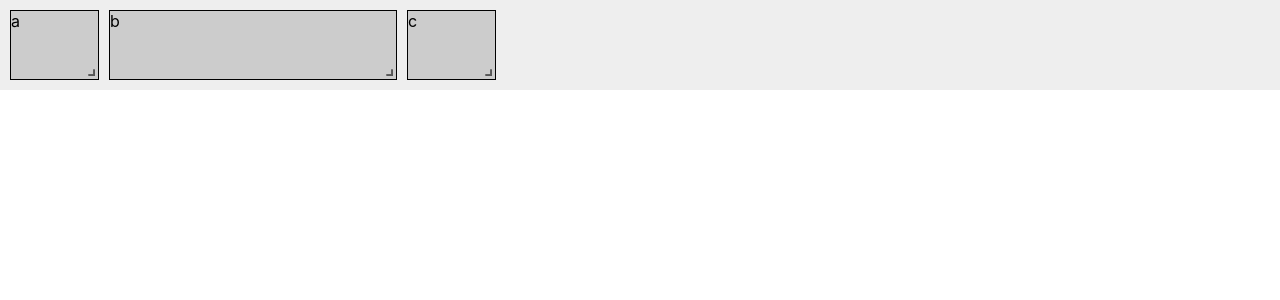
Repository: adnanaahmad/keep
Page: /
These files come from the project's save history. The page is drawn as it stood at one moment and after the next save; the edit follows.
The browser window is 1280 px wide. The pictures show the whole page.
The project was rebuilt for these pictures with package versions that can differ from the ones it lists, and the page was loaded fresh each time.

Above is the page before, as saved 2021-11-29 17:44:58.

After the next save:
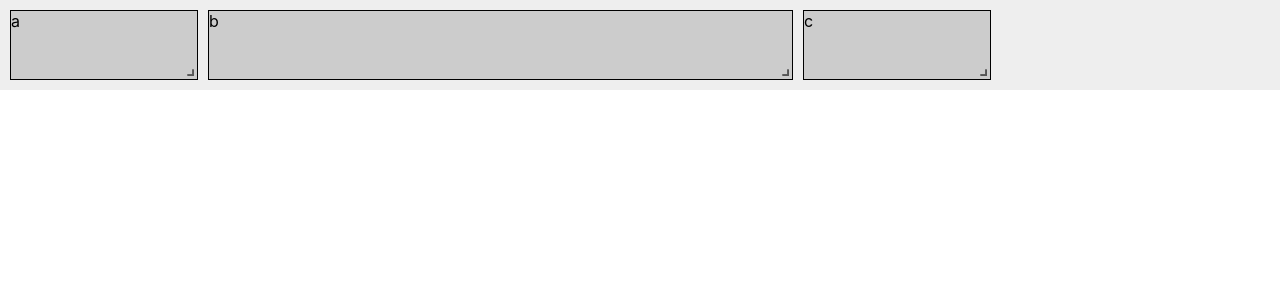
Saved 38 s later.
--- a/src/pages/notes/index.js
+++ b/src/pages/notes/index.js
@@ -10,7 +10,7 @@ function Notes () {
       {i: 'c', x: 4, y: 0, w: 1, h: 2}
     ];
     return (
-      <GridLayout className="layout" layout={layout} cols={12} rowHeight={30} width={1200}>
+      <GridLayout className="layout" layout={layout} cols={6} rowHeight={30} width={1200}>
         <div key="a">a</div>
         <div key="b">b</div>
         <div key="c">c</div>
